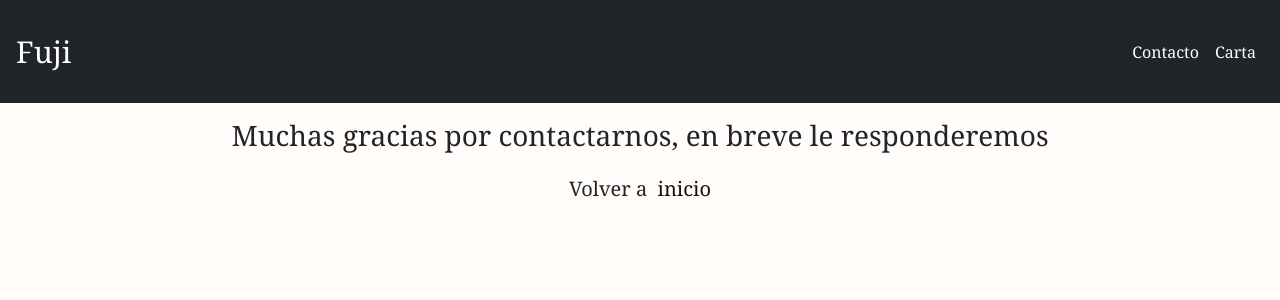
Repository: aipacheco/Fuji-restaurante
Page: answer.html
These files come from the project's save history. The page is drawn as it stood at one moment and after the next save; the edit follows.
The browser window is 1280 px wide. The pictures show the whole page.
Some web libraries are served in a nearby version.

Above is the page before, as saved 2024-01-29 18:44:26.

### answer.html
<!DOCTYPE html>
<html lang="en">
  <head>
    <meta charset="UTF-8" />
    <meta name="viewport" content="width=device-width, initial-scale=1.0" />

    <link
      href="https://cdn.jsdelivr.net/npm/bootstrap@5.3.2/dist/css/bootstrap.min.css"
      rel="stylesheet"
      integrity="sha384-T3c6CoIi6uLrA9TneNEoa7RxnatzjcDSCmG1MXxSR1GAsXEV/Dwwykc2MPK8M2HN"
      crossorigin="anonymous"
    />
    <link rel="preconnect" href="https://fonts.googleapis.com" />
    <link rel="preconnect" href="https://fonts.gstatic.com" crossorigin />
    <link
      href="https://fonts.googleapis.com/css2?family=Merriweather&display=swap"
      rel="stylesheet"
    />
    <link rel="stylesheet" href="./css/styles.css" />
    <title>Respuesta</title>
  </head>

  <body>
    <!-- Navbar -->
    <nav class="navbar navbar-expand-lg bg-dark" data-bs-theme="dark">
      <a class="navbar-brand d-flex align-items-center m-3" href="./index.html">
        <span id="icon">Fuji</span>
      </a>

      <button
        class="navbar-toggler m-3"
        type="button"
        data-toggle="collapse"
        data-target="#navbarNavDropdown"
        aria-controls="navbarNavDropdown"
        aria-expanded="false"
        aria-label="Toggle navigation"
      >
        <span class="navbar-toggler-icon"></span>
      </button>

      <div
        class="collapse navbar-collapse justify-content-end m-3"
        id="navbarNavDropdown"
      >
        <ul class="navbar-nav align-items-center">
          <li class="nav-item active m-2">
            <a href="/contacto.html">Contacto</a>
          </li>
          <li class="nav-item active m-2">
            <a href="/menu.html">Carta</a>
          </li>
        </ul>
      </div>
    </nav>

    <div class="container text-center">
      <div class="row m-3">
        <h3>Muchas gracias por contactarnos, en breve le responderemos</h3>
      </div>
      <div class="row m-3">
        <h5>Volver a &nbsp;<a class="answer" href="./index.html">inicio</a></h5>
      </div>
    </div>

    <script src="https://code.jquery.com/jquery-3.2.1.slim.min.js"></script>
    <script src="https://cdnjs.cloudflare.com/ajax/libs/popper.js/1.12.9/umd/popper.min.js"></script>
    <script src="https://maxcdn.bootstrapcdn.com/bootstrap/4.0.0/js/bootstrap.min.js"></script>
  </body>
</html>

### css/styles.css
body {
  font-family: Georgia, "Times New Roman", Times, serif !important;
  margin: 0;
  padding: 0;
background-color: rgb(255, 252, 249);
  /* height: 100vh;
  width: 100vw; */
}
/* div {
  border: 1px solid red;
} */
nav a {
  text-decoration: none;
  color: white;
}
#icon {
  font-size: 1.5em;
}
.img-restaurante {
  max-height: 30em;
  width: auto;
  object-fit: cover;
}
textarea {
  resize: none !important;
}
.card {
  background-color: rgba(250, 235, 215, 0.212);
  transition: 0.5s;
}
.card:hover {
  box-shadow: 6px 5px 10px 1px rgba(0, 0, 0, 0.75);
  transition: 0.5s;
}
.card-footer {
  background-color: rgba(255, 241, 241, 0.153);
}
.card-title {
  font-weight: bold;
}
.jumbotron {
  font-size: 6em;
  text-shadow: 1px 1px 4px #ffffff4e, 1px 1px 15px #ededed4b;
}

.img-menu {
  max-height: 17em;
  width: auto;
  object-fit: cover;
}
.row-menu {
  margin-top: 1em;
  margin-bottom: 1em;
}
.answer {
  text-decoration: none;
  color: rgb(16, 16, 16);
}
iframe {
  height: 20em;
  padding: 0;
  margin: 0;
}

After the next save:
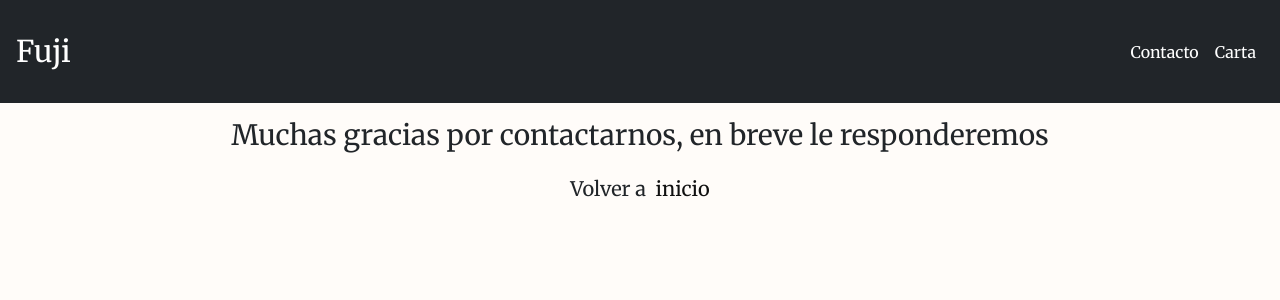
Saved 21 s later.
--- a/css/styles.css
+++ b/css/styles.css
@@ -1,5 +1,5 @@
 body {
-  font-family: Georgia, "Times New Roman", Times, serif !important;
+  font-family: 'Merriweather', serif;
   margin: 0;
   padding: 0;
 background-color: rgb(255, 252, 249);
